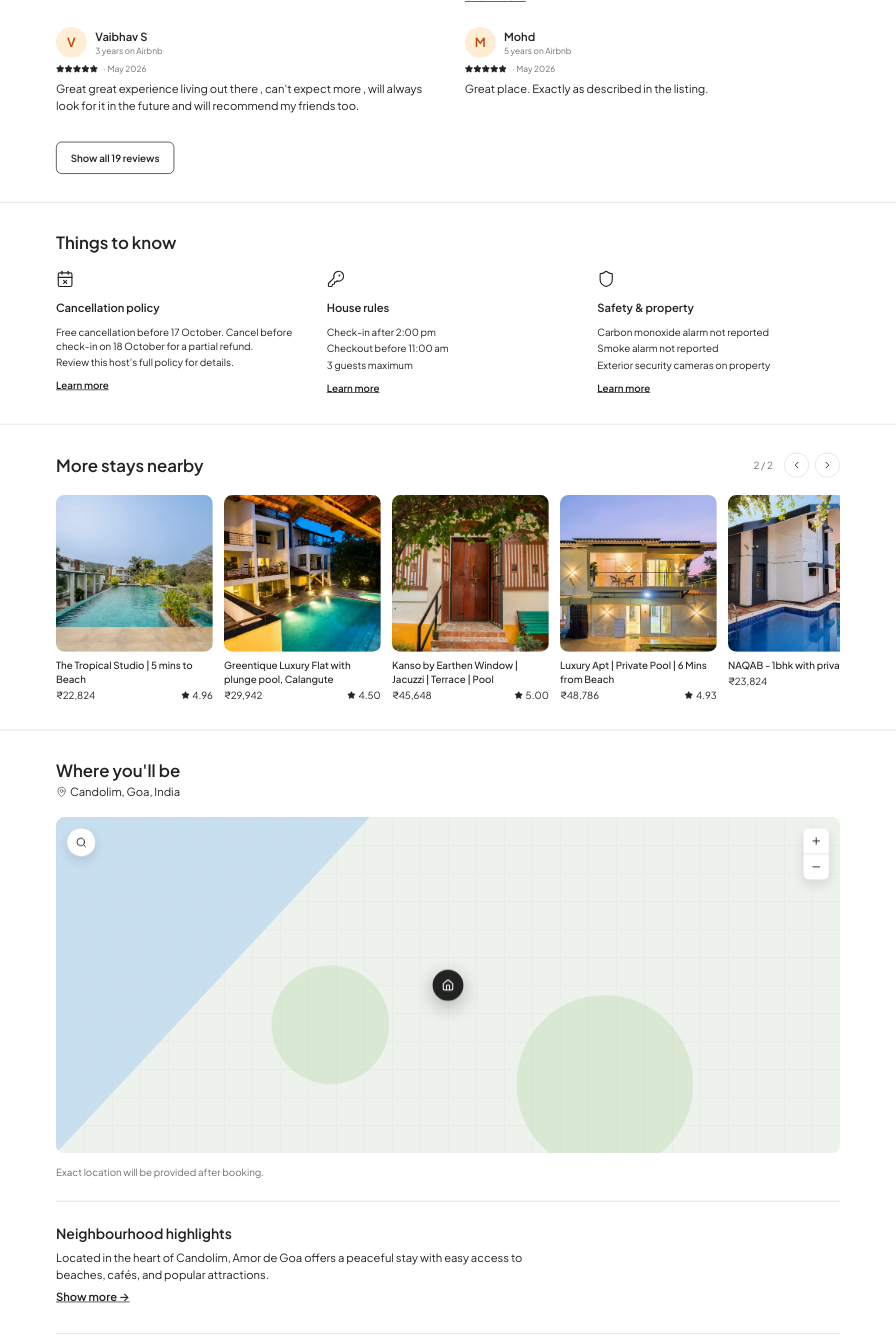
Repository: RushilGosain/airbnb-clone
Page: /
An editor plug-in stored every save of this project. The page is shown before and after the next save, followed by the edit.
The browser window is 1280 px wide. The pictures show the part of the page from y = 3748 to 5668 px (the page is 6299 px tall), at 70% of full size.
The project was rebuilt for these pictures with package versions that can differ from the ones it lists, and the page was loaded fresh each time. Also part of the build but not shown: vite.config.js, src/components/Lightbox.jsx, src/components/AmenitiesModal.jsx, src/components/PhotoTourPage.jsx.

Above is the page before, as saved 2026-09-19 13:30:44.

After the next save:
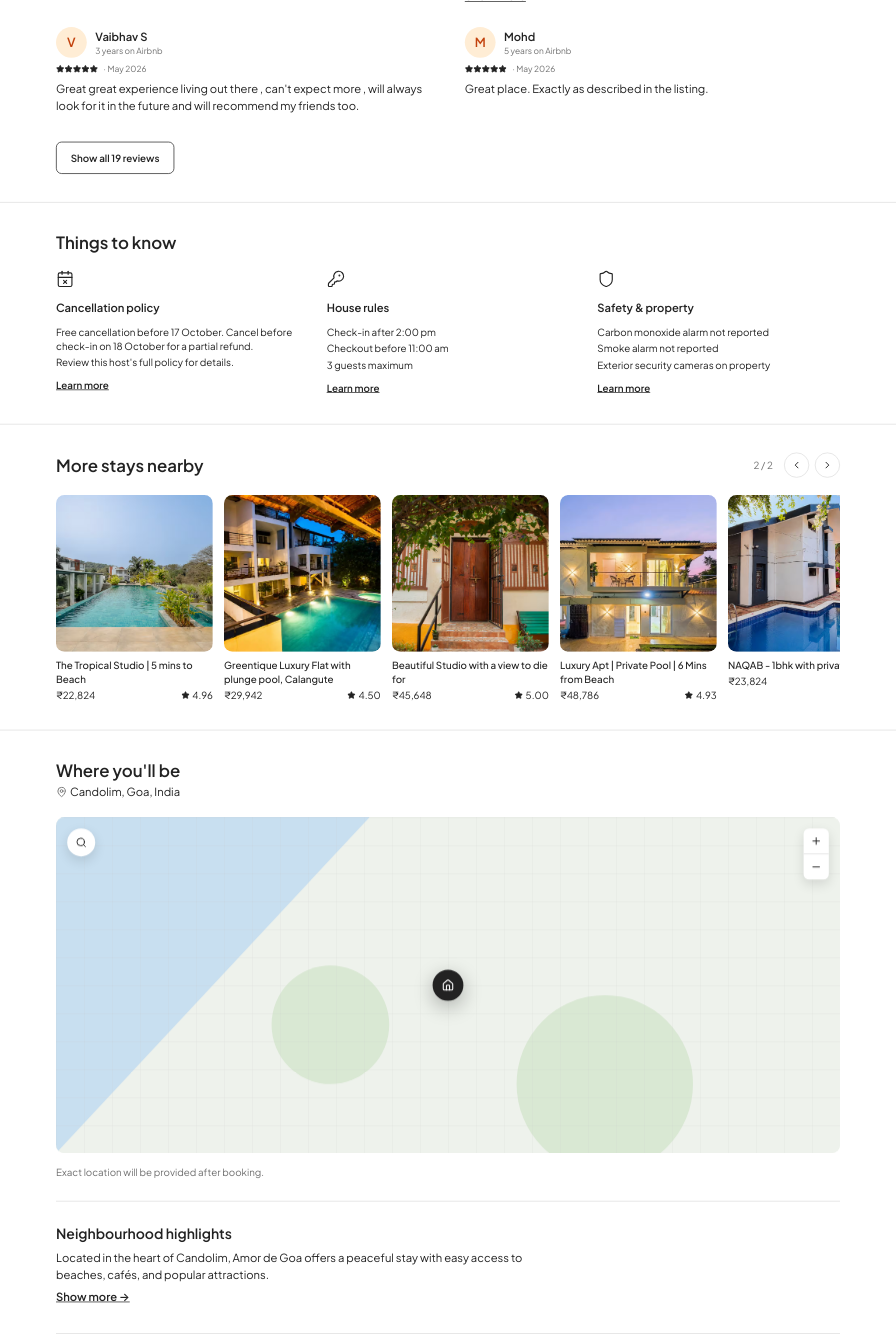
Saved 25 s later.
--- a/src/data/listing.js
+++ b/src/data/listing.js
@@ -451,7 +451,7 @@
   nearbyStays: [
     { title: "The Tropical Studio | 5 mins to Beach", price: 22824, rating: 4.96, image: img("More1.png") },
     { title: "Greentique Luxury Flat with plunge pool, Calangute", price: 29942, rating: 4.5, image: img("More2.png") },
-    { title: "Kanso by Earthen Window | Jacuzzi | Terrace | Pool", price: 45648, rating: 5.0, image: img("More3.png") },
+    { title: "Beautiful Studio with a view to die for", price: 45648, rating: 5.0, image: img("More3.png") },
     { title: "Luxury Apt | Private Pool | 6 Mins from Beach", price: 48786, rating: 4.93, image: img("More4.png") },
     { title: "NAQAB - 1bhk with private pool", price: 23824, rating: 4.3, image: img("More5.png") },
     { title: "Serendipity Cottage - Calm Stay in Calangute-Baga.", price: 22824, rating: 4.92, image: img("More6.png") },
